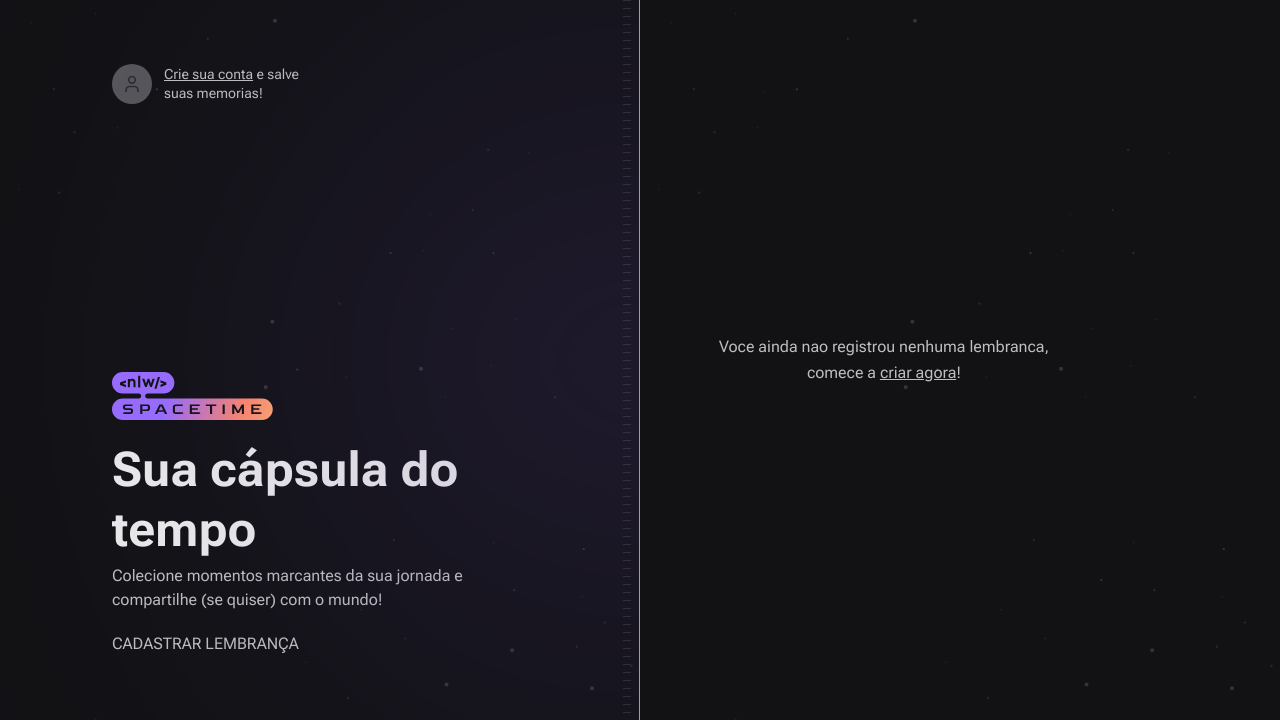
Repository: viniimartins/NLWSpacetime
Page: /
These files come from the project's save history. The page is drawn as it stood at one moment and after a run of saves; the edit follows.
The browser window is 1280 px wide. The pictures show the whole page.
Some web fonts or font styles are not loaded; a fallback is used. The project was rebuilt for these pictures with package versions that can differ from the ones it lists, and the page was loaded fresh each time. The framework's server and built-in components were replaced by stand-ins that run in the browser. Also part of the build but not shown: next.config.js.

Above is the page before, as saved 2023-05-28 19:48:50.

### src/app/layout.tsx
import React from "react";
import "./globals.css";
import {
  Roboto_Flex as Roboto,
  Bai_Jamjuree as BaiJamjuree,
} from "next/font/google";

const roboto = Roboto({ subsets: ["latin"], variable: "--font-roboto" });
const baiJamjuree = BaiJamjuree({
  subsets: ["latin"],
  weight: "700",
  variable: "--font-bai-Jamjuree",
});

export const metadata = {
  title: "NLW Spacetime",
  description:
    "Uma cápsula do tempo contruido com REact, Next.js, TailwindCSS e TypeScript",
};

export default function RootLayout({
  children,
}: {
  children: React.ReactNode;
}) {
  return (
    <html lang="en">
      <body
        className={`${roboto.variable}  ${baiJamjuree.variable} bg-gray-900 font-sans text-gray-100`}
      >
        {children}
      </body>
    </html>
  );
}

### src/app/page.tsx
import { User } from "lucide-react";
import Image from "next/image";
import nlwLogo from "../assets/nlw-spacetime-logo.svg";

export default function Home() {
  return (
    <main className="grid min-h-screen grid-cols-2">
      {/* Left*/}
      <div className=" border-white/10 bg-cover relative flex flex-col items-start justify-between overflow-hidden border-r bg-[url(../assets/bg-stars.svg)] px-28 py-16">
        {/* Blur*/}
        <div className="absolute right-0 top-1/2 h-[288px] w-[526px] -translate-y-1/2 translate-x-1/2 rounded-full bg-purple-700 opacity-50 blur-full" />

        {/* Stripes*/}
        <div className="absolute bottom-0 right-2 top-0 w-2 bg-stripes" />

        {/* Sign In*/}

        <a
          href=""
          className="flex items-center gap-3 text-left transition-colors hover:text-gray-50"
        >
          <div className="flex h-10 w-10 items-center justify-center rounded-full bg-gray-400">
            <User className="h-5 w-5 text-gray-500" />
          </div>

          <p className="max-w-[140px] text-sm leading-snug">
            <span className="underline">Crie sua conta</span> e salve suas
            memorias!
          </p>
        </a>

        {/* Hero */}

        <div className="space-y-5">
          <Image src={nlwLogo} alt="NLW Spacetime" />

          <div className="max-w-[420px] space-y-1">
            <h1 className="mt-5 text-5xl font-bold leading-tight text-gray-50">
              Sua cápsula do tempo
            </h1>
            <p>
              Colecione momentos marcantes da sua jornada e compartilhe (se
              quiser) com o mundo!
            </p>
          </div>

          <a className="inline-block" href="">
            CADASTRAR LEMBRANÇA
          </a>
        </div>
      </div>

      {/* Right*/}
      <div className="bg-cover bg-cover flex flex-col bg-[url(../assets/bg-stars.svg)] p-16">
        <div className="justift-center flex flex-1 items-center">
          <p className="w-[360px] text-center leading-relaxed">
            Voce ainda nao registrou nenhuma lembranca, comece a{" "}
            <a href="" className="underline hover:text-gray-50">
              criar agora
            </a>
            !
          </p>
        </div>
      </div>
    </main>
  );
}

### tailwind.config.js
/** @type {import('tailwindcss').Config} */
module.exports = {
  content: [
    './src/pages/**/*.{js,ts,jsx,tsx,mdx}',
    './src/components/**/*.{js,ts,jsx,tsx,mdx}',
    './src/app/**/*.{js,ts,jsx,tsx,mdx}',
  ],
  theme: {
    extend: {
      fontFamily: {
        sans: 'var(--font-roboto)',
        alt: 'var(--font-bai-jamjuree)'
      }
    },


    colors: {
      gray: {
        50: '#eaeaea',
        100: '#bebebf',
        200: '#9e9ea0',
        300: '#727275',
        400: '#56565a',
        500: '#2c2c31',
        600: '#28282d',
        700: '#1f1f23',
        800: '#18181b',
        900: '#121215',
      },
      purple: {
        50: '#f3eefc',
        100: '#d8cbf7',
        200: '#c6b2f3',
        300: '#ab8eee',
        400: '#9b79ea',
        500: '#8257e5',
        600: '#764fd0',
        700: '#5c3ea3',
        800: '#48307e',
        900: '#372560',
      },
      green: {
        50: '#e6fbef',
        100: '#b1f1ce',
        200: '#8cebb6',
        300: '#57e295',
        400: '#36dc81',
        500: '#04d361',
        600: '#04c058',
        700: '#039645',
        800: '#027435',
        900: '#025929',
      },
    },


    backgroundImage: {
      stripes: 'linear-gradient(to bottom, rgba(255, 255, 255, 0.1), rgba(255, 255, 255, 0.1) 12.5%, transparent 12.5%, transparent)',
    },

    backgroundSize: {
      stripes: '100% 8px',
    },

    blur: {
      full: '194px'
    }
  },
  plugins: [],
}

Loaded but not shown: src/app/globals.css (common file)

After the next 4 saves:
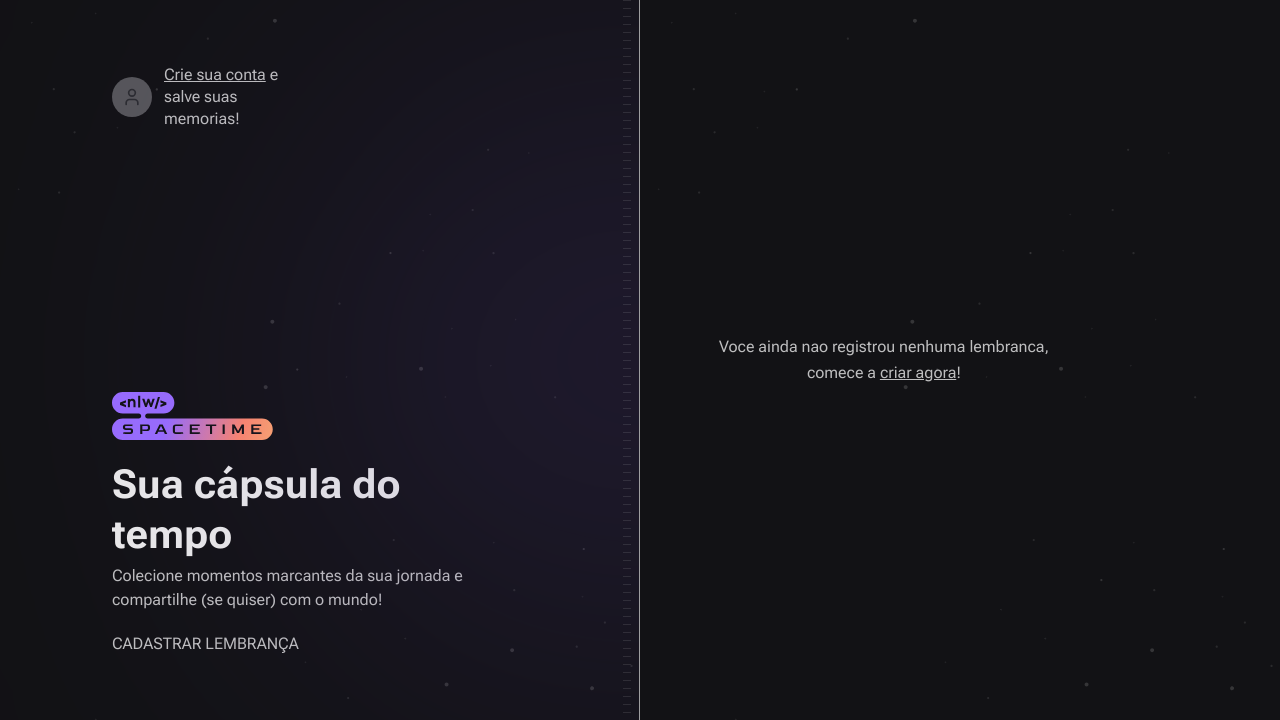
The 4 saves are shown as one change because 3 did not build or start.
The last was saved 101 s later.
--- a/tailwind.config.js
+++ b/tailwind.config.js
@@ -62,8 +62,13 @@ module.exports = {
       stripes: '100% 8px',
     },
 
+
+    fontSize: {
+      '5xl': '2.5rem',
+    },
+
     blur: {
-      full: '194px'
+      full: '194px',
     }
   },
   plugins: [],
